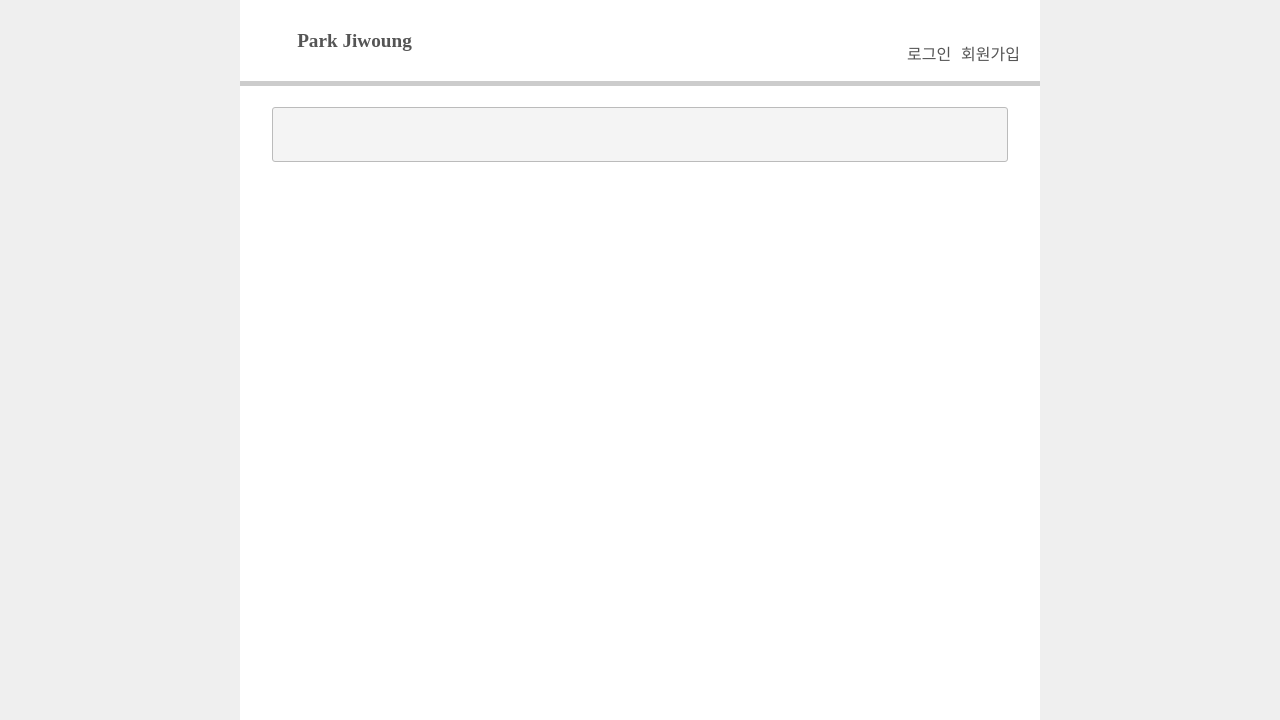
Repository: park-jiwoong/webClass
Page: http://localhost/jspPro/days01/ex03.jsp
An editor plug-in stored every save of this project. The page is shown before and after the next save, followed by the edit.
The browser window is 1280 px wide. The pictures show the whole page.
Some web fonts or font styles are not loaded; a fallback is used. The page is served by Tomcat 9. Other server files are loaded and not shown.

Above is the page before, as saved 2025-05-21 05:20:21.
Console error: ReferenceError: array is not defined

### JSPClass/jspPro/src/main/webapp/days01/ex03.jsp
<%@ page contentType="text/html; charset=UTF-8" pageEncoding="UTF-8"%>
<!DOCTYPE html>
<html>
<head>
<meta charset="UTF-8">
<meta name="viewport" content="width=device-width, initial-scale=1.0">
<link rel="shortcut icon" type="image/x-icon" href="http://localhost/jspPro/images/SiSt.ico">
<title>2025. 5. 21. 오전 10:31:44</title>
<script src="https://ajax.googleapis.com/ajax/libs/jquery/3.7.1/jquery.min.js"></script>
<link rel="stylesheet" href="http://localhost/jspPro/resources/cdn-main/example.css">
<script src="http://localhost/jspPro/resources/cdn-main/example.js"></script>
	<style>
 	span.material-symbols-outlined{
    vertical-align: text-bottom;
 	}
	</style>
</head>
<body>
<header>
    <h1 class="main"><a href="#" style="position: absolute;top:30px;">Park Jiwoung</a></h1>
    <ul>
        <li><a href="#">로그인</a></li>
        <li><a href="#">회원가입</a></li>
    </ul>
</header>
<div>
    <xmp class="code">
    </xmp>

    <!-- <p id="demo">1+2+3+4+5+6+7+8+9+10=55</p> -->
    <p id="demo"></p>

</div>

	<script>
		const arr = [];
		for (var i = 0; i < array.length; i++) {
			arr.push(i);
		}// for
		let result = arr.reduce((total, value)=> total + value);
		$("#demo").html(arr.join("+")+"="+result);
	</script>
</body>
</html>

### JSPClass/jspPro/src/main/webapp/resources/cdn-main/example.css
@charset "UTF-8";

@import url('https://fonts.googleapis.com/css2?family=Material+Symbols+Outlined:opsz,wght,FILL,GRAD@20..48,100..700,0..1,-50..200');

@font-face {
    font-family: 'GmarketSansMedium';
    src: url('https://cdn.jsdelivr.net/gh/projectnoonnu/noonfonts_2001@1.1/GmarketSansMedium.woff') format('woff');
    font-weight: normal;
    font-style: normal;
}

:root {
	--text-color: #555;
	--sub-text-color: #777;
	--back-color: #EFEFEF;
	--header-color: #444;
	--primary-color: #DEDEDE;
	--secondary-color: #EFEFEF;
	--default-width: 800px;
	--narrow-width: 500px;
	--wide-width: 1200px;
	--text-font: 'GmarketSansMedium';
	--icon-font: 'Material Symbols Outlined';
	--border-color: #CCC;
}

html, body {
	margin: 0;
	padding: 0;
}

html {
	background-color: var(--back-color);
	display: flex;
	justify-content: center;
	min-height: 100vh;
}

body, body.default {
	width: var(--default-width);
	background-color: white;
	padding-bottom: 120px;
}

body.wide {
	width: var(--wide-width);
}

body.narrow {
	width: var(--narrow-width);
}



body, p, div, span, a, input, select, option, textarea, button, table, th, td, label, fieldset, legend {
	font-family: var(--text-font);
	color: var(--text-color);
}

h1, h2, h3 {
	font-family: var(--text-font);
	color: var(--header-color);
	padding: 0 1rem;
	padding-top: .5rem;
}

div > h1, div > h2, div > h3 {
	padding: 0;
}

body > div, body > main > div {
	padding: 0.3rem 1rem;
}


h1 { font-size: 2rem; border-bottom: 1px solid var(--border-color); }
h1 small { font-size: 1.2rem; color: var(--sub-text-color); }
h2 { font-size: 1.5rem; border-bottom: 1px dashed var(--border-color); }
h2 small { font-size: 1.1rem; color: --sub-text-color; }
h3 { font-size: 1.2rem; }
h3 small { font-size: 1rem; color: --sub-text-color; }



h1.main::before {
	font-family: var(--icon-font);
  	content: '\e666';
  	margin-right: 10px;
  	float: left;
	font-size: 2.5rem;
}

h1.sub::before {
	font-family: var(--icon-font);
  	content: '\ea19';
  	margin-right: 10px;
  	float: left;
	font-size: 2.5rem;
}


h1.page::before {
	font-family: var(--icon-font);
  	content: '\e0e0';
  	margin-right: 10px;
  	float: left;
	font-size: 2.5rem;
}

body > header > ul > li > .active{
	background-color: #FFF;
	color:#F00;
}

body > header {
	display: flex;
	justify-content: space-between;
	border-bottom: 5px solid var(--border-color);
	min-height: 74px;
	background-color: #FFF;
}

body > header.sticky {
	position: sticky;
	top: 0;
	z-index: 98;
}

body > header > h1 {
	font-size: 1.2rem;
	border: 0;
}

body > header.in > h1::before {
	font-family: var(--icon-font);
  	content: '\e332‥';
  	margin-right: 3px;
  	float: left;
	font-size: 2rem;
}


body > header > ul {
	list-style-type: none;
	display: flex;
	align-items: flex-end;
	margin-right: 10px;
}

body > header > ul > li {
	margin-right: 10px;
	cursor: pointer;
}

body > header > ul > li > a {
	cursor: pointer;
}


form {
	display: block;
}

form > div {
	padding: 0.3rem 1rem;
}

div > form > div {
	padding: 0.3rem 0;
}

input, textarea, button, select {
	border: 1px solid #BBB;
	border-radius: 3px;
	outline: none;
	resize: none;
	padding: 7px;
	margin: 0;
}

input[type=text]:read-only, textarea:read-only {
	cursor: not-allowed;
	background-color: #FFF;
}

input[type=text]:disabled, textarea:disabled {
	cursor: not-allowed;
	background-color: #EEE;
}

input[type=text], input[type=password], textarea, button, select {
	/* width: 300px; */
}

textarea {
	display: block;
	height: 100px;
}

input[type=button], input[type=submit], button {
	/* width: inherit; */
}

input.short, textarea.short, button.short, select.short {
	width: 100px;
}

input.long, textarea.long, button.long, select.long {
	width: 350px;
}

.narrow input.long, .narrow textarea.long, .narrow button.long, .narrow select.long {
	width: calc(100% - 20px);
}

input.full, textarea.full, button.full, select.full {
	width: calc(100% - 20px);
}

textarea.short {
	height: 50px;
}

textarea.long {
	height: 100px;
}

textarea.full {
	height: 200px;
}

input, textarea {
	padding-top: 8px;
}

input[type=button], input[type=submit], button {
	padding: 5px 10px;
	background-color: var(--secondary-color);
	cursor: pointer;
	min-height: 36px;
}

input[type=button].primary, input[type=submit].primary, button.primary {
	/* background-color: rgba(100, 149, 237, .2); */
	background-color: var(--primary-color);
}

input[type=button].primary:hover, input[type=submit].primary:hover, button.primary:hover {
	/* background-color: rgba(100, 149, 237, .3); */
	background-color: var(--secondary-color);
}

input[type=button]:hover, input[type=submit]:hover, button:hover {
	background-color: var(--primary-color);
}

button {
	position: relative;
	left: 0;
	top: 0;
	padding-left: 35px;
}

button .material-symbols-outlined {
	position: absolute;
	left: 10px;
	top: 4px;
}

/* k2nik add */
button.login::before {
	font-family: var(--icon-font);
  	content: '\ea77';
	position: absolute;
	left: 11px;
	top: 4px;
	font-size: 1.25rem;
}

/* k2nik logout */
button.logout::before {
	font-family: var(--icon-font);
  	content: '\e9ba';
	position: absolute;
	left: 11px;
	top: 4px;
	font-size: 1.25rem;
}

/* k2nik help */
button.help::before {
	font-family: var(--icon-font);
  	content: '\f1c0';
	position: absolute;
	left: 11px;
	top: 4px;
	font-size: 1.25rem;
}

button.add::before{
	font-family: var(--icon-font);
  	content: '\e746';
	position: absolute;
	left: 11px;
	top: 4px;
	font-size: 1.25rem;
}

button.back::before {
	font-family: var(--icon-font);
  	content: '\e166';
	position: absolute;
	left: 11px;
	top: 4px;
	font-size: 1.25rem;
}

button.list::before {
	font-family: var(--icon-font);
  	content: '\e0ee';
	position: absolute;
	left: 11px;
	top: 4px;
	font-size: 1.25rem;
}


button.del::before {
	font-family: var(--icon-font);
  	content: '\e872';
	position: absolute;
	left: 11px;
	top: 4px;
	font-size: 1.25rem;
}

button.alldel::before {
	font-family: var(--icon-font);
  	content: '\e92b';
	position: absolute;
	left: 11px;
	top: 4px;
	font-size: 1.25rem;
}


button.edit::before {
	font-family: var(--icon-font);
  	content: '\e745';
	position: absolute;
	left: 11px;
	top: 4px;
	font-size: 1.25rem;
}


button.login::before {
	font-family: var(--icon-font);
  	content: '\ea77';
	position: absolute;
	left: 11px;
	top: 4px;
	font-size: 1.25rem;
}


button.logout::before {
	font-family: var(--icon-font);
  	content: '\e9ba';
	position: absolute;
	left: 11px;
	top: 4px;
	font-size: 1.25rem;
}


button.in::before {
	font-family: var(--icon-font);
  	content: '\f71a';
	position: absolute;
	left: 11px;
	top: 4px;
	font-size: 1.25rem;
}


button.out::before {
	font-family: var(--icon-font);
  	content: '\f70e';
	position: absolute;
	left: 11px;
	top: 4px;
	font-size: 1.25rem;
}


button.reply::before {
	font-family: var(--icon-font);
  	content: '\e15e';
	position: absolute;
	left: 11px;
	top: 4px;
	font-size: 1.25rem;
}


button.comment::before {
	font-family: var(--icon-font);
  	content: '\e0b9';
	position: absolute;
	left: 11px;
	top: 4px;
	font-size: 1.25rem;
}


button.modal::before {
	font-family: var(--icon-font);
  	content: '\e89e';
	position: absolute;
	left: 11px;
	top: 4px;
	font-size: 1.25rem;
}


button.ok::before {
	font-family: var(--icon-font);
  	content: '\e86c';
	position: absolute;
	left: 11px;
	top: 4px;
	font-size: 1.25rem;
}


button.cancel::before {
	font-family: var(--icon-font);
  	content: '\e5c9';
	position: absolute;
	left: 11px;
	top: 4px;
	font-size: 1.25rem;
}

button.search::before {
	font-family: var(--icon-font);
  	content: '\e8b6';
	position: absolute;
	left: 11px;
	top: 4px;
	font-size: 1.25rem;
}

button.home::before {
	font-family: var(--icon-font);
  	content: '\e88a';
	position: absolute;
	left: 11px;
	top: 4px;
	font-size: 1.25rem;
}


button.sidebar::before {
	font-family: var(--icon-font);
  	content: '\f7e4';
	position: absolute;
	left: 11px;
	top: 4px;
	font-size: 1.25rem;
}


button.sidebar-right::before {
	font-family: var(--icon-font);
  	content: '\f7e5';
	position: absolute;
	left: 11px;
	top: 4px;
	font-size: 1.25rem;
}




button::before {
	font-family: var(--icon-font);
  	content: '\e323';
	position: absolute;
	left: 11px;
	top: 4px;
	font-size: 1.25rem;
}


table {
	border-collapse: collapse;
	margin: 1rem;
	box-sizing: border-box;
	width: calc(100% - 32px);
}

table.content {
	width: auto;
}

div > table {
	margin: 0;
}

table th, table td {
	border: 1px solid var(--border-color);
	padding: 7px;
	font-weight: normal;
}

table th {
	background-color: var(--back-color);
}

table.vertical th {
	width: 150px;
}

table.vertical td {
	width: calc(100% - 182px);
	padding-left: 10px;
}

table.content td, table.content th {
	width: auto;
}

body.narrow table.vertical th {
	width: 100px;
}

body.narrow table.vertical td {
	width: calc(100% - 182px);
}


table + table {
	margin-top: 30px;
}


p {
	padding: 0 1rem;
}

a {
	text-decoration: none;
}

a:hover {
	color: rgba(255, 99, 71, .7);
}

hr {
	border: 0;
	border-top: 1px solid var(--border-color);
	margin: 2rem 0;
}

.message {
	border: 1px solid var(--border-color);
	background-color: #EFEFEF;
	margin: 1rem;
	width: auto;
	padding-top: 10px;
	padding-bottom: 10px;
	font-size: 14px;
}

.message[title]::before {
	content: attr(title);
	display: block;
	border-bottom: 1px solid var(--border-color);
	padding-bottom: 5px;
	margin-bottom: 10px;
	margin-top: 7px;
}

.message.short {
	max-width: 250px;
}

.message.long {
	max-width: 500px;
}

.badge {
	float: right;
	font-size: .8rem;
	margin-top: 2px;
	margin-right: 2px;
	text-shadow: 0 0 7px gray;
}

.badge.left {
	float: none;
	margin-left: 2px;
}

.badge.right {
	float: right;
}

.badge.red {
	border-radius: 50%;
	padding: 2px 5px;
	background-color: rgb(255, 99, 71, .3);
}

.badge.yellow {

	border-radius: 50%;
	padding: 2px 5px;
	background-color: rgb(255, 215, 0, .5);
}

.badge.blue {
	border-radius: 50%;
	padding: 2px 5px;
	background-color: rgb(100, 149, 237, .3);
}

label + label {
	margin-left: 7px;
}

label input[type=checkbox], label input[type=radio] {
	transform: translate(0, 1px);
}

.group {
	display: flex;
}

.modal-content .group {
	margin-bottom: .5rem;
}

.group label {
	border: 1px solid #BBB;
	border-radius: 3px;
	outline: none;
	resize: none;
	padding: 7px 14px;
	margin: 0;
	border-top-right-radius: 0;
	border-bottom-right-radius: 0;
	background-color: #EFEFEF;
	white-space: nowrap;
	font-size: 14px;
}

.group input[type=text] {
	margin-left: -1px;
	border-top-left-radius: 0;
	border-bottom-left-radius: 0;
}

.group select {
	margin-left: -1px;
	border-top-left-radius: 0;
	border-bottom-left-radius: 0;
}

.group input.full[type=text] {
	margin-left: -1px;
	border-top-left-radius: 0;
	border-bottom-left-radius: 0;
	width: 100%;
}

.group input[type=button]:first-child, .group button:first-child {
	border-top-left-radius: 3px;
	border-bottom-left-radius: 3px;
	margin-left: 0px;
}

.group input[type=button], .group button {
	border-radius: 0;
	margin-left: -1px;
}

.group input[type=button]:last-child, .group button:last-child {
	margin-left: -1px;
	border-top-right-radius: 3px;
	border-bottom-right-radius: 3px;
}

.seperate {
	display: flex;
	justify-content: space-between;
}

div.list {
	width: max-content;
	margin: 1rem;
	border: 1px solid #BBB;
	border-radius: 3px;
	padding: 0;
}

div.list.full {
	width: auto;
	display: block;
	margin: 1rem;
	border: 1px solid #BBB;
	border-radius: 3px;
	padding: 0;
}

div.list > div {
	padding: .5rem 1rem;
	margin: 0;
	border-bottom: 1px solid #BBB;
}

div.list > div:last-child {
	border-bottom: 0;
}

pre.code , xmp.code{
	font-family: consols;
	background-color: rgba(150, 150, 150, .1);
	border: 1px solid #BBB;
	border-radius: 3px;
	padding: .5rem 1rem;
	padding-bottom: .6rem;
	margin: 1rem;
}




*[data-modal-window] {
	position: fixed;
	background-color: rgba(0, 0, 0, .3);
	left: 0;
	top: 0;
	display: none;
	justify-content: center;
	align-items: flex-start;
	width: 100%;
	min-height: 100vh;
	z-index: 100;
	opacity: 0;
	transition: 500ms all;
}

*[data-modal-window] .modal-container {
	border-radius: 5px;
	padding: 1rem;
	padding-bottom: .5rem;
	margin-top: -500px;
	opacity: 0;
	width: 500px;
	background-color: #FFF;
	margin-right: 2rem;
	transition: 500ms all;
}

*[data-modal-size=content] .modal-container {
	width: auto;
}

*[data-modal-size=narrow] .modal-container {
	width: 300px;
}

*[data-modal-size=wide] .modal-container {
	width: 760px;
}


*[data-modal-window] .modal-header {
	border-bottom: 1px solid var(--border-color);
	padding: 2px 5px;
}

*[data-modal-window] .modal-content {
	padding: 1rem 5px;
}

*[data-modal-window] .modal-content div:last-child {
	margin-top: 1rem;
	text-align: right;
}



*[data-sidebar-window] {
	position: fixed;
	background-color: #FFF;
	left: 0;
	top: 0;
	display: block;
	width: 300px;
	border-right: 1px solid var(--border-color);
	box-sizing: border-box;
	box-shadow: 0 0 3px var(--back-color);
	min-height: 100vh;
	z-index: 99;
	transform: translate(-300px, 0);
	transition-duration: 500ms;
	transition-property: transform;
}

*[data-sidebar-direction=right] {
	left: auto;
	right: 0;
	transform: translate(300px, 0);
	border-left: 1px solid var(--border-color);
}

*[data-sidebar-size=wide] {
	width: 500px;
	transform: translate(-500px, 0);
}

*[data-sidebar-window] .sidebar-title {
	border-bottom: 1px solid var(--border-color);
	margin-top: 20px;
	margin-bottom: 20px;
	padding-bottom: 5px;
	display: flex;
	justify-content: space-between;
}

*[data-sidebar-window] .sidebar-title span:last-child {
	cursor: pointer;
}


/* K2Nik pagination */
.center {
  text-align: center;
}

.pagination {
  display: inline-block;
}

.pagination a {
  color: black;
  float: left;
  padding: 3px 6px;
  text-decoration: none;
  transition: background-color .3s;
  border: 1px solid #ddd;
  margin: 0 3px;
}

.pagination a.active {
  background-color: #4CAF50;
  color: white;
  border: 1px solid #4CAF50;
}

.pagination a:hover:not(.active) {background-color: #ddd;}

### JSPClass/jspPro/src/main/webapp/resources/cdn-main/example.js

window.onload = () => {

    const list = document.querySelectorAll('input, textarea');

    list.forEach(item => {
        item.setAttribute('autocomplete', 'off');
    });


    const modal_btn_list = document.querySelectorAll('*[data-modal-button]');

    modal_btn_list.forEach(item => {
        item.onclick = function() {

            const name = this.dataset['modalButton'];
            const modal_window = document.querySelector('*[data-modal-window=' + name);

            const container = document.createElement('div');
            container.className = 'modal-container';



            const modal_header = document.createElement('div');
            modal_header.textContent = modal_window.dataset['modalTitle'];
            modal_header.className = 'modal-header';
            container.appendChild(modal_header);

            const modal_content = document.createElement('div');
            modal_content.className = 'modal-content';
            container.appendChild(modal_content);

            Array.from(modal_window.childNodes).forEach(item => {
                modal_content.appendChild(item);
            });

            modal_window.appendChild(container);

            modal_window.style.display = 'flex';

            setTimeout(() => {
                modal_window.style.opacity = 1;
                container.style.marginTop = '20px';
                container.style.opacity = 1;
            }, 50);


            const modal_ok = document.querySelector('*[data-modal-ok=' + name);
            modal_ok.addEventListener('click', function() {
                modal_window.style.opacity = 0;
                container.style.marginTop = '-500px';
                container.style.opacity = 0;

                setTimeout(() => {
                    modal_window.innerHTML = modal_content.innerHTML;
                    modal_window.style.display = 'none';
                }, 500);

            });

            const modal_cancel = document.querySelector('*[data-modal-cancel=' + name);
            modal_cancel.addEventListener('click', function() {

                modal_window.style.opacity = 0;
                container.style.marginTop = '-500px';
                container.style.opacity = 0;

                setTimeout(() => {
                    modal_window.innerHTML = modal_content.innerHTML;
                    modal_window.style.display = 'none';
                }, 500);
            });


        };
    });


    const sidebar_btn_list = document.querySelectorAll('*[data-sidebar-button]');

    sidebar_btn_list.forEach(item => {
        item.onclick = function() {



            const name = this.dataset['sidebarButton'];
            const sidebar_window = document.querySelector('*[data-sidebar-window=' + name);

            if (sidebar_window.style.transform == 'translate(0px, 0px)') return;



            sidebar_window.style.transform = 'translate(0, 0)';

            const sidebar_title = document.createElement('div');
            sidebar_title.className = 'sidebar-title';
            sidebar_title.innerHTML = '<span>' + sidebar_window.dataset['sidebarTitle'] + '</span><span class="material-symbols-outlined">close</span>';

            sidebar_title.children[1].onclick = function() {

                let sign = 1;
                let distance = 300;

                if (sidebar_window.dataset['sidebarDirection'] != 'right') {
                    sign = -1;
                } else {
                    sign = 1;
                }

                if (sidebar_window.dataset['sidebarSize'] != 'wide') {
                    distance = 300;
                } else {
                    distance = 500;
                }

                distance *= sign;

                sidebar_window.style.transform = 'translate(' + distance + 'px, 0)';

                setTimeout(function() {
                    sidebar_window.removeChild(sidebar_window.children[0]);
                }, 500);
            };


            sidebar_window.prepend(sidebar_title);

        }
    });

};

// window.onkeydown = function(event) {

//     if (event.keyCode == 27) {
//         if (document.querySelector('[data-modal-window').style.display == 'flex') {
//             document.querySelector('[data-modal-window').style.display = 'none';
//         }
//     }

// };

After the next save:
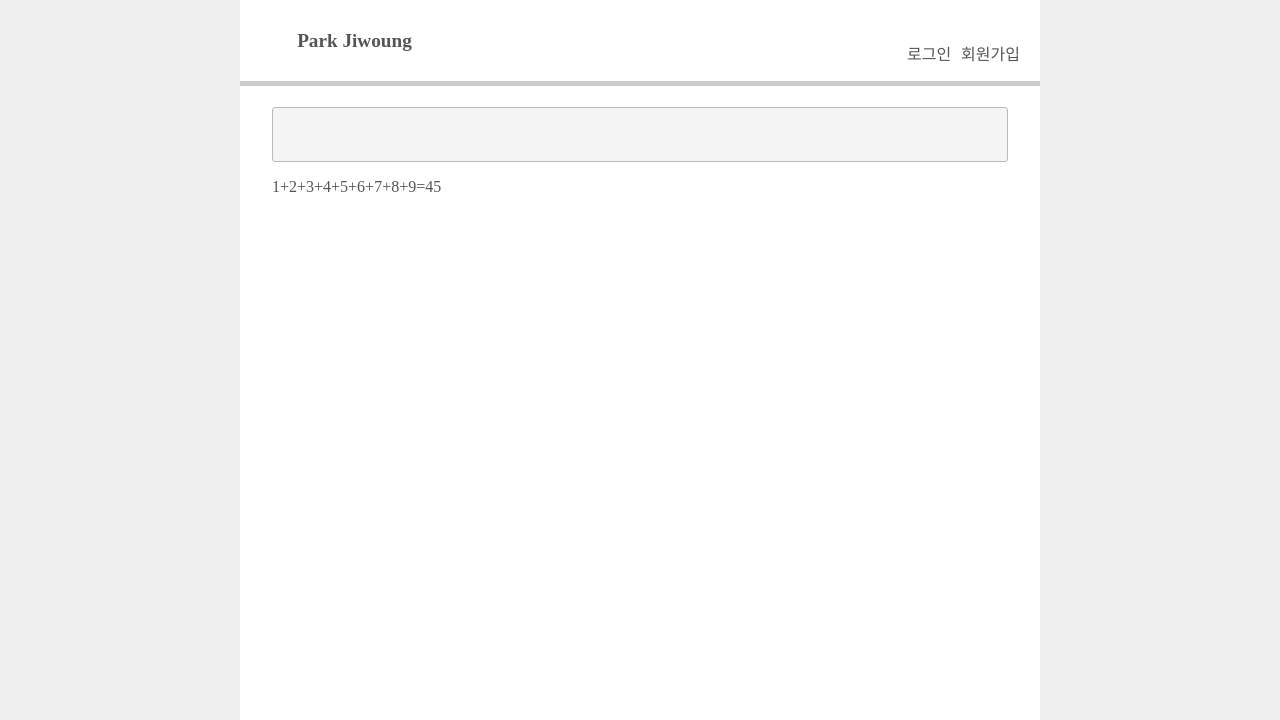
The error is gone.
Saved 15 s later.
--- a/JSPClass/jspPro/src/main/webapp/days01/ex03.jsp
+++ b/JSPClass/jspPro/src/main/webapp/days01/ex03.jsp
@@ -34,7 +34,7 @@
 
 	<script>
 		const arr = [];
-		for (var i = 0; i < array.length; i++) {
+		for (var i = 1; i < 10; i++) {
 			arr.push(i);
 		}// for
 		let result = arr.reduce((total, value)=> total + value);
